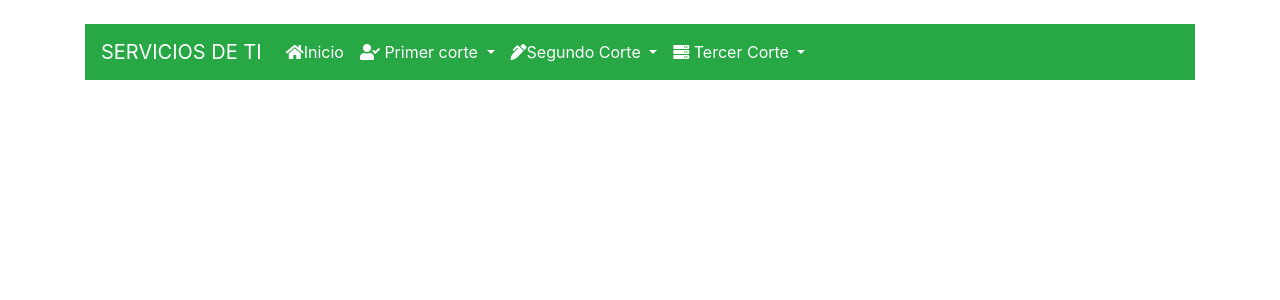
Repository: DavidGomMar/equipo_7
Page: index.html
These files come from the project's save history. The page is drawn as it stood at one moment and after a run of saves; the edit follows.
The browser window is 1280 px wide. The pictures show the whole page.
Some web libraries are served in a nearby version.

Above is the page before, as saved 2022-09-19 09:30:28.

### index.html
<!DOCTYPE html>
<html lang="en">
<head>
    <meta charset="UTF-8">
    <meta name="viewport" content="width=device-width, initial-scale=1.0">
    <meta http-equiv="X-UA-Compatible" content="IE=edge">
    <link href="css/bootstrap.min.css" rel="stylesheet" type="text/css">
    <link href="css/bootstrap.css" rel="stylesheet" type="text/css">
    <link href="css/alertify.core.css" rel="stylesheet" type="text/css">
    <link href="css/alertify.default.css" rel="stylesheet" type="text/css">
    <link href="css/jquery.dataTables.min.css" rel="stylesheet" type="text/css">
    <link href="css/estilos.css" rel="stylesheet" type="text/css">

    <script src="js/jquery.js" type="text/javascript"></script>
    <script src="js/funciones.js" type="text/javascript"></script>
    <script src="js/alertify.js" type="text/javascript"></script>
    <script src="js/bootstrap.js" type="text/javascript"></script>
    <script src="js/bootstrap.min.js" type="text/javascript"></script>
    <script src="js/jquery.dataTables.min.js" type="text/javascript"></script>
    <link rel="stylesheet" href="https://use.fontawesome.com/releases/v5.8.1/css/all.css"
    integrity="sha384-50oBUHEmvpQ+1lW4y57PTFmhCaXp0ML5d60M1M7uH2+nqUivzIebhndOJK28anvf" crossorigin="anonymous">
    <link rel="stylesheet" href="https://cdnjs.cloudflare.com/ajax/libs/animate.css/4.0.0/animate.min.css">
    <title>Equipo 7</title>
</head>
<body>
    <br>
    <div class="container">
        <nav class="navbar navbar-expand-lg navbar-dark bg-success" id="Nav">
            <a class="navbar-brand" href="#">SERVICIOS DE TI</a>
            <button class="navbar-toggler" type="button" data-toggle="collapse" data-target="#navbarNavDropdown"
            aria-controls="navbarNavDropdown" aria-expanded="false" aria-label="Toggle navigation">
            <span class="navbar-toggler-icon"></span></button>
            <!--apartado menu-->
            <div class="collapse navbar-collapse" id="navbarNavDropdown">
                <ul class="navbar-nav">
                    <a class="nav-link" href="#" id="menuInicio" style="color: white;">
                    <span class="fas fa-home"></span>Inicio</a>
                    <li class="nav-item dropdown" >
                        <a class="nav-link dropdown-toggle" href="" data-toggle="dropdown" style="color: white;">
                            <span class="fas fa-user-check"></span> Primer corte
                        </a>
                        <div class="dropdown-menu">
                            <a class="dropdown-item" href="#" id="menuAgregarUsuario"><span class="fas fa-user-plus"></span> Luis Antonio de Jesús López </a>
                            <a class="dropdown-item" href="#" id="menuMostrarUsuario"><span class="fas fa-table"></span> Eduardo Félix Alba </a>
                            <a class="dropdown-item" href="#" id="menuMostrarUsuario"><span class="fas fa-table"></span> David González Martínez </a>
                            <a class="dropdown-item" href="#" id="menuMostrarUsuario"><span class="fas fa-table"></span> José Alex Reyes Juaréz </a>
                            <a class="dropdown-item" href="#" id="menuMostrarUsuario"><span class="fas fa-table"></span> Trabajos en equipo </a>
                        </div>
                    </li>
                    <li class="nav-item dropdown" >
                        <a class="nav-link dropdown-toggle" href="#" data-toggle="dropdown" style="color: white;">
                            <i class="fas fa-pen-alt"></i>Segundo Corte
                        </a>
                        <div class="dropdown-menu" aria-labelledby="navbarDropDownMenuLink">
                            <a class="dropdown-item" href="#" id="menuAgregarUsuario"><span class="fas fa-user-plus"></span> Luis Antonio de Jesús López </a>
                            <a class="dropdown-item" href="#" id="menuMostrarUsuario"><span class="fas fa-table"></span> Eduardo Félix Alba </a>
                            <a class="dropdown-item" href="#" id="menuMostrarUsuario"><span class="fas fa-table"></span> David González Martínez </a>
                            <a class="dropdown-item" href="#" id="menuMostrarUsuario"><span class="fas fa-table"></span> José Alex Reyes Juaréz </a>
                            <a class="dropdown-item" href="#" id="menuMostrarUsuario"><span class="fas fa-table"></span> Trabajos en equipo </a>
                        </div>
                    </li>
                    </li>
                        <li class="nav-item dropdown" >
                        <a class="nav-link dropdown-toggle" href="#" data-toggle="dropdown" style="color: white;">
                            <span class="fas fa-server"></span> Tercer Corte
                        </a>
                        <div class="dropdown-menu" aria-labelledby="navbarDropDownMenuLink">
                            <a class="dropdown-item" href="#" id="menuAgregarUsuario"><span class="fas fa-user-plus"></span> Luis Antonio de Jesús López </a>
                            <a class="dropdown-item" href="#" id="menuMostrarUsuario"><span class="fas fa-table"></span> Eduardo Félix Alba </a>
                            <a class="dropdown-item" href="#" id="menuMostrarUsuario"><span class="fas fa-table"></span> David González Martínez </a>
                            <a class="dropdown-item" href="#" id="menuMostrarUsuario"><span class="fas fa-table"></span> José Alex Reyes Juaréz </a>
                            <a class="dropdown-item" href="#" id="menuMostrarUsuario"><span class="fas fa-table"></span> Trabajos en equipo </a>
                        </div>
                    </li>

                </ul>
            </div>
            <!--Fin Menu-->
        </nav>
        <br>

</body>
</html>

### css/alertify.core.css
.alertify-show,
.alertify-log {
	-webkit-transition: all 500ms cubic-bezier(0.175, 0.885, 0.320, 1); /* older webkit */
	-webkit-transition: all 500ms cubic-bezier(0.175, 0.885, 0.320, 1.275);
	   -moz-transition: all 500ms cubic-bezier(0.175, 0.885, 0.320, 1.275);
	    -ms-transition: all 500ms cubic-bezier(0.175, 0.885, 0.320, 1.275);
	     -o-transition: all 500ms cubic-bezier(0.175, 0.885, 0.320, 1.275);
	        transition: all 500ms cubic-bezier(0.175, 0.885, 0.320, 1.275); /* easeOutBack */
}
.alertify-hide {
	-webkit-transition: all 250ms cubic-bezier(0.600, 0, 0.735, 0.045); /* older webkit */
	-webkit-transition: all 250ms cubic-bezier(0.600, -0.280, 0.735, 0.045);
	   -moz-transition: all 250ms cubic-bezier(0.600, -0.280, 0.735, 0.045);
	    -ms-transition: all 250ms cubic-bezier(0.600, -0.280, 0.735, 0.045);
	     -o-transition: all 250ms cubic-bezier(0.600, -0.280, 0.735, 0.045);
	        transition: all 250ms cubic-bezier(0.600, -0.280, 0.735, 0.045); /* easeInBack */
}
.alertify-cover {
	position: fixed; z-index: 99999;
	top: 0; right: 0; bottom: 0; left: 0;
}
.alertify {
	position: fixed; z-index: 99999;
	top: 50px; left: 50%;
	width: 550px;
	margin-left: -275px;
}
	.alertify-hidden {
		top: -50px;
		visibility: hidden;
	}
.alertify-logs {
	position: fixed;
	z-index: 5000;
	bottom: 10px;
	right: 10px;
	width: 300px;
}
	.alertify-log {
		display: block;
		margin-top: 10px;
		position: relative;
		right: -300px;
	}
	.alertify-log-show {
		right: 0;
	}
	.alertify-dialog {
		padding: 25px;
	}
		.alertify-resetFocus {
			border: 0;
			clip: rect(0 0 0 0);
			height: 1px;
			margin: -1px;
			overflow: hidden;
			padding: 0;
			position: absolute;
			width: 1px;
		}
		.alertify-inner {
			text-align: center;
		}
		.alertify-text {
			margin-bottom: 15px;
			width: 100%;
			-webkit-box-sizing: border-box;
			   -moz-box-sizing: border-box;
			        box-sizing: border-box;
			font-size: 100%;
		}
		.alertify-buttons {
		}
			.alertify-button {
				/* line-height and font-size for input button */
				line-height: 1.5;
				font-size: 100%;
				display: inline-block;
				cursor: pointer;
				margin-left: 5px;
			}

@media only screen and (max-width: 680px) {
	.alertify,
	.alertify-logs {
		width: 90%;
		-webkit-box-sizing: border-box;
		   -moz-box-sizing: border-box;
		        box-sizing: border-box;
	}
	.alertify {
		left: 5%;
		margin: 0;
	}
}

### css/alertify.default.css
/**
 * Default Look and Feel
 */
.alertify,
.alertify-log {
	font-family: sans-serif;
}
.alertify {
	background: #FFF;
	border: 10px solid #333; /* browsers that don't support rgba */
	border: 10px solid rgba(0,0,0,.7);
	border-radius: 8px;
	box-shadow: 0 3px 3px rgba(0,0,0,.3);
	-webkit-background-clip: padding;     /* Safari 4? Chrome 6? */
	   -moz-background-clip: padding;     /* Firefox 3.6 */
	        background-clip: padding-box; /* Firefox 4, Safari 5, Opera 10, IE 9 */
}
.alertify-text {
	border: 1px solid #CCC;
	padding: 10px;
	border-radius: 4px;
}
.alertify-button {
	border-radius: 4px;
	color: #FFF;
	font-weight: bold;
	padding: 6px 15px;
	text-decoration: none;
	text-shadow: 1px 1px 0 rgba(0,0,0,.5);
	box-shadow: inset 0 1px 0 0 rgba(255,255,255,.5);
	background-image: -webkit-linear-gradient(top, rgba(255,255,255,.3), rgba(255,255,255,0));
	background-image:    -moz-linear-gradient(top, rgba(255,255,255,.3), rgba(255,255,255,0));
	background-image:     -ms-linear-gradient(top, rgba(255,255,255,.3), rgba(255,255,255,0));
	background-image:      -o-linear-gradient(top, rgba(255,255,255,.3), rgba(255,255,255,0));
	background-image:         linear-gradient(top, rgba(255,255,255,.3), rgba(255,255,255,0));
}
.alertify-button:hover,
.alertify-button:focus {
	outline: none;
	box-shadow: 0 0 15px #2B72D5;
	background-image: -webkit-linear-gradient(top, rgba(0,0,0,.1), rgba(0,0,0,0));
	background-image:    -moz-linear-gradient(top, rgba(0,0,0,.1), rgba(0,0,0,0));
	background-image:     -ms-linear-gradient(top, rgba(0,0,0,.1), rgba(0,0,0,0));
	background-image:      -o-linear-gradient(top, rgba(0,0,0,.1), rgba(0,0,0,0));
	background-image:         linear-gradient(top, rgba(0,0,0,.1), rgba(0,0,0,0));
}
.alertify-button:active {
	position: relative;
	top: 1px;
}
	.alertify-button-cancel {
		background-color: #FE1A00;
		border: 1px solid #D83526;
	}
	.alertify-button-ok {
		background-color: #5CB811;
		border: 1px solid #3B7808;
	}
.alertify-log {
	background: #1F1F1F;
	background: rgba(0,0,0,.9);
	padding: 15px;
	border-radius: 4px;
	color: #FFF;
	text-shadow: -1px -1px 0 rgba(0,0,0,.5);
}
	.alertify-log-error {
		background: #FE1A00;
		background: rgba(254,26,0,.9);
	}
	.alertify-log-success {
		background: #5CB811;
		background: rgba(92,184,17,.9);
	}

### css/estilos.css
h1 {
	text-align: center;
	padding: 12px;
}

/* Formulario */
.main-section{
    margin:0 auto;
    margin-top:25%;
    padding: 0;
}

.modal-content{
    background-color: #3b4652;
    opacity: .85;
    padding: 0 20px;
    box-shadow: 0px 0px 3px #848484;
}
.user-img{
    margin-top: -60px;
    margin-bottom: 35px;
}

.user-img img{
    width: 100xp;
    height: 100px;
    box-shadow: 0px 0px 3px #848484;
    border-radius: 50%;
}

.Login input{
    height: 42px;
    font-size: 18px;
    border: 1px;;
    padding-left: 54px;
    border-radius: 5px;
}

.Login::before{
    font-family: "Font Awesome\ 5 Free";
    font-weight: 900;
    position: absolute;
    left: 28px;
    font-size: 22px;
    padding-top:4px;
}

.Login#user-group::before{
    content: "\f007";
}

.Login#password-group::before{
    content: "\f023";
}

### js/alertify.js
/**
 * alertify
 * An unobtrusive customizable JavaScript notification system
 *
 * @author Fabien Doiron <fabien.doiron@gmail.com>
 * @copyright Fabien Doiron 2012
 * @license MIT <http://opensource.org/licenses/mit-license.php>
 * @link http://www.github.com/fabien-d
 * @module alertify
 * @version 0.2.12
 */

/*global define*/
(function (global, undefined) {
	"use strict";

	var document = global.document,
	    Alertify;

	Alertify = function () {

		var _alertify = {},
		    dialogs   = {},
		    isopen    = false,
		    keys      = { ENTER: 13, ESC: 27, SPACE: 32 },
		    queue     = [],
		    $, elCallee, elCover, elDialog, elLog;

		/**
		 * Markup pieces
		 * @type {Object}
		 */
		dialogs = {
			buttons : {
				holder : "<nav class=\"alertify-buttons\">{{buttons}}</nav>",
				submit : "<button type=\"submit\" class=\"alertify-button alertify-button-ok\" id=\"alertify-ok\" />{{ok}}</button>",
				ok     : "<a href=\"#\" class=\"alertify-button alertify-button-ok\" id=\"alertify-ok\">{{ok}}</a>",
				cancel : "<a href=\"#\" class=\"alertify-button alertify-button-cancel\" id=\"alertify-cancel\">{{cancel}}</a>"
			},
			input   : "<input type=\"text\" class=\"alertify-text\" id=\"alertify-text\">",
			message : "<p class=\"alertify-message\">{{message}}</p>",
			log     : "<article class=\"alertify-log{{class}}\">{{message}}</article>"
		};

		/**
		 * Shorthand for document.getElementById()
		 *
		 * @param  {String} id    A specific element ID
		 * @return {Object}       HTML element
		 */
		$ = function (id) {
			return document.getElementById(id);
		};

		/**
		 * Alertify private object
		 * @type {Object}
		 */
		_alertify = {

			/**
			 * Labels object
			 * @type {Object}
			 */
			labels : {
				ok     : "Aceptar",
				cancel : "Cancelar"
			},

			/**
			 * Delay number
			 * @type {Number}
			 */
			delay : 5000,

			/**
			 * Set the proper button click events
			 *
			 * @param {Function} fn    [Optional] Callback function
			 *
			 * @return {undefined}
			 */
			addListeners : function (fn) {
				var btnReset  = $("alertify-resetFocus"),
				    btnOK     = $("alertify-ok")     || undefined,
				    btnCancel = $("alertify-cancel") || undefined,
				    input     = $("alertify-text")   || undefined,
				    form      = $("alertify-form")   || undefined,
				    hasOK     = (typeof btnOK !== "undefined"),
				    hasCancel = (typeof btnCancel !== "undefined"),
				    hasInput  = (typeof input !== "undefined"),
				    val       = "",
				    self      = this,
				    ok, cancel, common, key, reset;

				// ok event handler
				ok = function (event) {
					if (typeof event.preventDefault !== "undefined") event.preventDefault();
					common(event);
					if (typeof input !== "undefined") val = input.value;
					if (typeof fn === "function") fn(true, val);
				};

				// cancel event handler
				cancel = function (event) {
					if (typeof event.preventDefault !== "undefined") event.preventDefault();
					common(event);
					if (typeof fn === "function") fn(false);
				};

				// common event handler (keyup, ok and cancel)
				common = function (event) {
					self.hide();
					self.unbind(document.body, "keyup", key);
					self.unbind(btnReset, "focus", reset);
					if (hasInput) self.unbind(form, "submit", ok);
					if (hasOK) self.unbind(btnOK, "click", ok);
					if (hasCancel) self.unbind(btnCancel, "click", cancel);
				};

				// keyup handler
				key = function (event) {
					var keyCode = event.keyCode;
					if (keyCode === keys.SPACE && !hasInput) ok(event);
					if (keyCode === keys.ESC && hasCancel) cancel(event);
				};

				// reset focus to first item in the dialog
				reset = function (event) {
					if (hasInput) input.focus();
					else if (hasCancel) btnCancel.focus();
					else btnOK.focus();
				};

				// handle reset focus link
				// this ensures that the keyboard focus does not
				// ever leave the dialog box until an action has
				// been taken
				this.bind(btnReset, "focus", reset);
				// handle OK click
				if (hasOK) this.bind(btnOK, "click", ok);
				// handle Cancel click
				if (hasCancel) this.bind(btnCancel, "click", cancel);
				// listen for keys, Cancel => ESC
				this.bind(document.body, "keyup", key);
				// bind form submit
				if (hasInput) this.bind(form, "submit", ok);
				// set focus on OK button or the input text
				global.setTimeout(function () {
					if (input) {
						input.focus();
						input.select();
					}
					else btnOK.focus();
				}, 50);
			},

			/**
			 * Bind events to elements
			 *
			 * @param  {Object}   el       HTML Object
			 * @param  {Event}    event    Event to attach to element
			 * @param  {Function} fn       Callback function
			 *
			 * @return {undefined}
			 */
			bind : function (el, event, fn) {
				if (typeof el.addEventListener === "function") {
					el.addEventListener(event, fn, false);
				} else if (el.attachEvent) {
					el.attachEvent("on" + event, fn);
				}
			},

			/**
			 * Build the proper message box
			 *
			 * @param  {Object} item    Current object in the queue
			 *
			 * @return {String}         An HTML string of the message box
			 */
			build : function (item) {
				var html    = "",
				    type    = item.type,
				    message = item.message;

				html += "<div class=\"alertify-dialog\">";

				if (type === "prompt") html += "<form id=\"alertify-form\">";

				html += "<article class=\"alertify-inner\">";
				html += dialogs.message.replace("{{message}}", message);

				if (type === "prompt") html += dialogs.input;

				html += dialogs.buttons.holder;
				html += "</article>";

				if (type === "prompt") html += "</form>";

				html += "<a id=\"alertify-resetFocus\" class=\"alertify-resetFocus\" href=\"#\">Reset Focus</a>";
				html += "</div>";

				switch (type) {
				case "confirm":
					html = html.replace("{{buttons}}", dialogs.buttons.ok + dialogs.buttons.cancel);
					html = html.replace("{{ok}}", this.labels.ok).replace("{{cancel}}", this.labels.cancel);
					break;
				case "prompt":
					html = html.replace("{{buttons}}", dialogs.buttons.submit + dialogs.buttons.cancel);
					html = html.replace("{{ok}}", this.labels.ok).replace("{{cancel}}", this.labels.cancel);
					break;
				case "alert":
					html = html.replace("{{buttons}}", dialogs.buttons.ok);
					html = html.replace("{{ok}}", this.labels.ok);
					break;
				default:
					break;
				}

				elDialog.className = "alertify alertify-show alertify-" + type;
				elCover.className  = "alertify-cover";
				return html;
			},

			/**
			 * Close the log messages
			 *
			 * @param  {Object} elem    HTML Element of log message to close
			 * @param  {Number} wait    [optional] Time (in ms) to wait before automatically hiding the message
			 *
			 * @return {undefined}
			 */
			close : function (elem, wait) {
				var timer = (wait && !isNaN(wait)) ? +wait : this.delay; // Unary Plus: +"2" === 2
				this.bind(elem, "click", function () {
					elLog.removeChild(elem);
				});
				setTimeout(function () {
					if (typeof elem !== "undefined" && elem.parentNode === elLog) elLog.removeChild(elem);
				}, timer);
			},

			/**
			 * Create a dialog box
			 *
			 * @param  {String}   message        The message passed from the callee
			 * @param  {String}   type           Type of dialog to create
			 * @param  {Function} fn             [Optional] Callback function
			 * @param  {String}   placeholder    [Optional] Default value for prompt input field
			 *
			 * @return {Object}
			 */
			dialog : function (message, type, fn, placeholder) {
				// set the current active element
				// this allows the keyboard focus to be resetted
				// after the dialog box is closed
				elCallee = document.activeElement;
				// check to ensure the alertify dialog element
				// has been successfully created
				var check = function () {
					if (elDialog && elDialog.scrollTop !== null) return;
					else check();
				};
				// error catching
				if (typeof message !== "string") throw new Error("message must be a string");
				if (typeof type !== "string") throw new Error("type must be a string");
				if (typeof fn !== "undefined" && typeof fn !== "function") throw new Error("fn must be a function");
				// initialize alertify if it hasn't already been done
				if (typeof this.init === "function") {
					this.init();
					check();
				}

				queue.push({ type: type, message: message, callback: fn, placeholder: placeholder });
				if (!isopen) this.setup();

				return this;
			},

			/**
			 * Extend the log method to create custom methods
			 *
			 * @param  {String} type    Custom method name
			 *
			 * @return {Function}
			 */
			extend : function (type) {
				return function (message, wait) { this.log(message, type, wait); };
			},

			/**
			 * Hide the dialog and rest to defaults
			 *
			 * @return {undefined}
			 */
			hide : function () {
				// remove reference from queue
				queue.splice(0,1);
				// if items remaining in the queue
				if (queue.length > 0) this.setup();
				else {
					isopen = false;
					elDialog.className = "alertify alertify-hide alertify-hidden";
					elCover.className  = "alertify-cover alertify-hidden";
					// set focus to the last element or body
					// after the dialog is closed
					elCallee.focus();
				}
			},

			/**
			 * Initialize Alertify
			 * Create the 2 main elements
			 *
			 * @return {undefined}
			 */
			init : function () {
				// ensure legacy browsers support html5 tags
				document.createElement("nav");
				document.createElement("article");
				document.createElement("section");
				// cover
				elCover = document.createElement("div");
				elCover.setAttribute("id", "alertify-cover");
				elCover.className = "alertify-cover alertify-hidden";
				document.body.appendChild(elCover);
				// main element
				elDialog = document.createElement("section");
				elDialog.setAttribute("id", "alertify");
				elDialog.className = "alertify alertify-hidden";
				document.body.appendChild(elDialog);
				// log element
				elLog = document.createElement("section");
				elLog.setAttribute("id", "alertify-logs");
				elLog.className = "alertify-logs";
				document.body.appendChild(elLog);
				// set tabindex attribute on body element
				// this allows script to give it focus
				// after the dialog is closed
				document.body.setAttribute("tabindex", "0");
				// clean up init method
				delete this.init;
			},

			/**
			 * Show a new log message box
			 *
			 * @param  {String} message    The message passed from the callee
			 * @param  {String} type       [Optional] Optional type of log message
			 * @param  {Number} wait       [Optional] Time (in ms) to wait before auto-hiding the log
			 *
			 * @return {Object}
			 */
			log : function (message, type, wait) {
				// check to ensure the alertify dialog element
				// has been successfully created
				var check = function () {
					if (elLog && elLog.scrollTop !== null) return;
					else check();
				};
				// initialize alertify if it hasn't already been done
				if (typeof this.init === "function") {
					this.init();
					check();
				}
				this.notify(message, type, wait);
				return this;
			},

			/**
			 * Add new log message
			 * If a type is passed, a class name "alertify-log-{type}" will get added.
			 * This allows for custom look and feel for various types of notifications.
			 *
			 * @param  {String} message    The message passed from the callee
			 * @param  {String} type       [Optional] Type of log message
			 * @param  {Number} wait       [Optional] Time (in ms) to wait before auto-hiding
			 *
			 * @return {undefined}
			 */
			notify : function (message, type, wait) {
				var log = document.createElement("article");
				log.className = "alertify-log" + ((typeof type === "string" && type !== "") ? " alertify-log-" + type : "");
				log.innerHTML = message;
				// prepend child
				elLog.insertBefore(log, elLog.firstChild);
				// triggers the CSS animation
				setTimeout(function() { log.className = log.className + " alertify-log-show"; }, 50);
				this.close(log, wait);
			},

			/**
			 * Set properties
			 *
			 * @param {Object} args     Passing parameters
			 *
			 * @return {undefined}
			 */
			set : function (args) {
				var k;
				// error catching
				if (typeof args !== "object" && args instanceof Array) throw new Error("args must be an object");
				// set parameters
				for (k in args) {
					if (args.hasOwnProperty(k)) {
						this[k] = args[k];
					}
				}
			},

			/**
			 * Initiate all the required pieces for the dialog box
			 *
			 * @return {undefined}
			 */
			setup : function () {
				var item = queue[0];

				isopen = true;
				elDialog.innerHTML = this.build(item);
				if (typeof item.placeholder === "string") $("alertify-text").value = item.placeholder;
				this.addListeners(item.callback);
			},

			/**
			 * Unbind events to elements
			 *
			 * @param  {Object}   el       HTML Object
			 * @param  {Event}    event    Event to detach to element
			 * @param  {Function} fn       Callback function
			 *
			 * @return {undefined}
			 */
			unbind : function (el, event, fn) {
				if (typeof el.removeEventListener === "function") {
					el.removeEventListener(event, fn, false);
				} else if (el.detachEvent) {
					el.detachEvent("on" + event, fn);
				}
			}
		};

		return {
			alert   : function (message, fn) { _alertify.dialog(message, "alert", fn); return this; },
			confirm : function (message, fn) { _alertify.dialog(message, "confirm", fn); return this; },
			extend  : _alertify.extend,
			init    : _alertify.init,
			log     : function (message, type, wait) { _alertify.log(message, type, wait); return this; },
			prompt  : function (message, fn, placeholder) { _alertify.dialog(message, "prompt", fn, placeholder); return this; },
			success : function (message, wait) { _alertify.log(message, "success", wait); return this; },
			error   : function (message, wait) { _alertify.log(message, "error", wait); return this; },
			set     : function (args) { _alertify.set(args); },
			labels  : _alertify.labels
		};
	};

	// AMD and window support
	if (typeof define === "function") {
		define([], function () { return new Alertify(); });
	} else {
		if (typeof global.alertify === "undefined") {
			global.alertify = new Alertify();
		}
	}

}(this));

Loaded but not shown: css/bootstrap.min.css (library); css/bootstrap.css (library); css/jquery.dataTables.min.css (library); js/jquery.js (library); js/bootstrap.js (library); js/bootstrap.min.js (library); js/jquery.dataTables.min.js (library); js/funciones.js (no stored copy; drawn as an empty file)

After the next 2 saves:
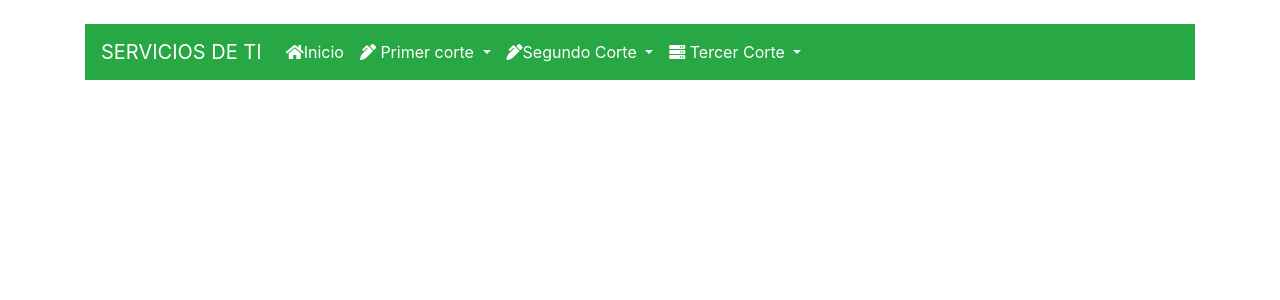
The 2 saves are shown as one change because they came seconds apart.
The last was saved 14 s later.
--- a/index.html
+++ b/index.html
@@ -37,7 +37,7 @@
                     <span class="fas fa-home"></span>Inicio</a>
                     <li class="nav-item dropdown" >
                         <a class="nav-link dropdown-toggle" href="" data-toggle="dropdown" style="color: white;">
-                            <span class="fas fa-user-check"></span> Primer corte
+                            <i class="fas fa-pen-alt"></i> Primer corte
                         </a>
                         <div class="dropdown-menu">
                             <a class="dropdown-item" href="#" id="menuAgregarUsuario"><span class="fas fa-user-plus"></span> Luis Antonio de Jesús López </a>
